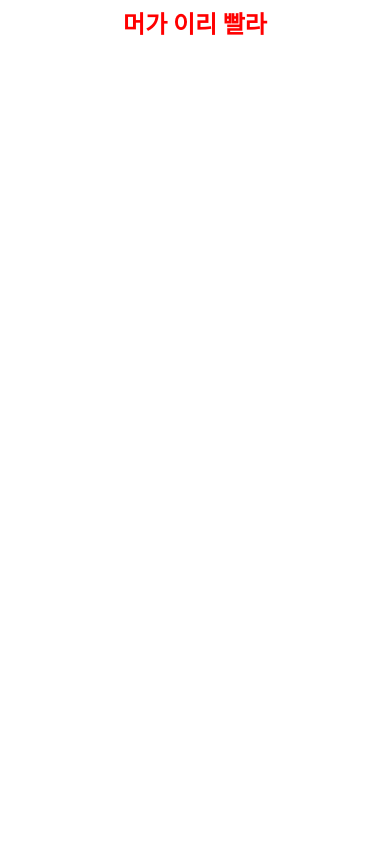
Repository: NewTurn2017/React-Native-Weather-App
Screen: /
The author's editor kept a copy of each file at every save. The screen is drawn from the files as they stood at one save, then again after the next save.
The app was drawn by React Native's web renderer in a window 390 px wide. The project was rebuilt for these pictures with package versions that can differ from the ones it lists, and the page was loaded fresh each time.

Above is the screen before, as saved 2023-04-21 00:26:29.

After the next save:
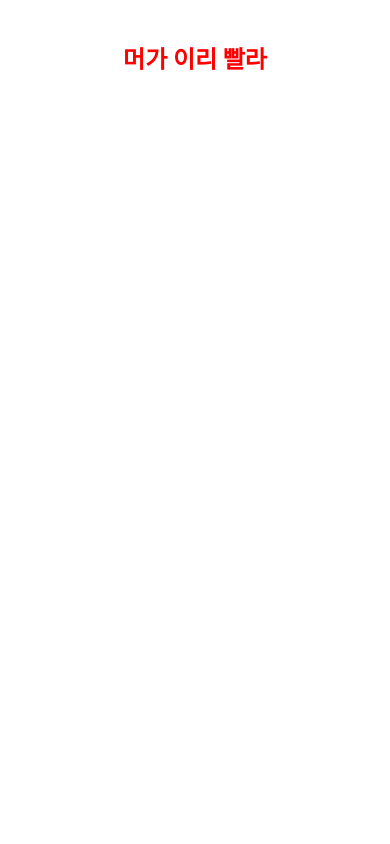
Saved 4 s later.
--- a/App.js
+++ b/App.js
@@ -22,6 +22,6 @@ const styles = StyleSheet.create({
     fontWeight: 'bold',
     color: 'red',
     position: 'absolute',
-    top: 5,
+    top: 40,
   },
 })
